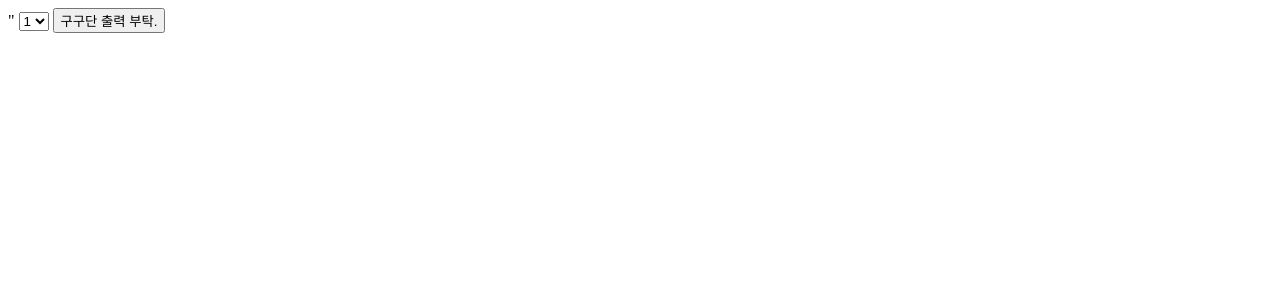
Repository: Moonsun23/jsp
Page: http://localhost/jsp01/gugudanSelect.jsp
The author's editor kept a copy of each file at every save. The page is drawn from the files as they stood at one save, then again after the next save.
The browser window is 1280 px wide. The pictures show the whole page.
The page is served by Tomcat 9.

Above is the page before, as saved 2023-06-02 07:00:45.

After the next save:
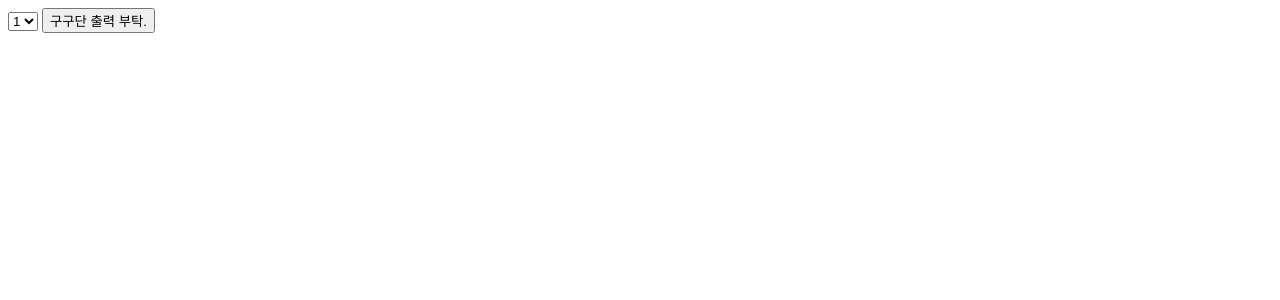
Saved 31 s later.
--- a/jsp01/src/main/webapp/gugudanSelect.jsp
+++ b/jsp01/src/main/webapp/gugudanSelect.jsp
@@ -7,18 +7,18 @@
 <title>Insert title here</title>
 </head>
 <body>
-<form action='gugudanResult.jsp'>"
-				<select name='dan'>
+<form action="gugudanResult.jsp">
+				<select name="dan">
 
-				<option value='1'>1</option>
-				<option value='2'>2</option>
-				<option value='3'>3</option>
-				<option value='4'>4</option>
-				<option value='5'>5</option>
-				<option value='6'>6</option>
-				<option value='7'>7</option>
-				<option value='8'>8</option>
-				<option value='9'>9</option>
+				<option value="1">1</option>
+				<option value="2">2</option>
+				<option value="3">3</option>
+				<option value="4">4</option>
+				<option value="5">5</option>
+				<option value="6">6</option>
+				<option value="7">7</option>
+				<option value="8">8</option>
+				<option value="9">9</option>
 				</select>
 				<button>구구단 출력 부탁.</button>
 				</form>
